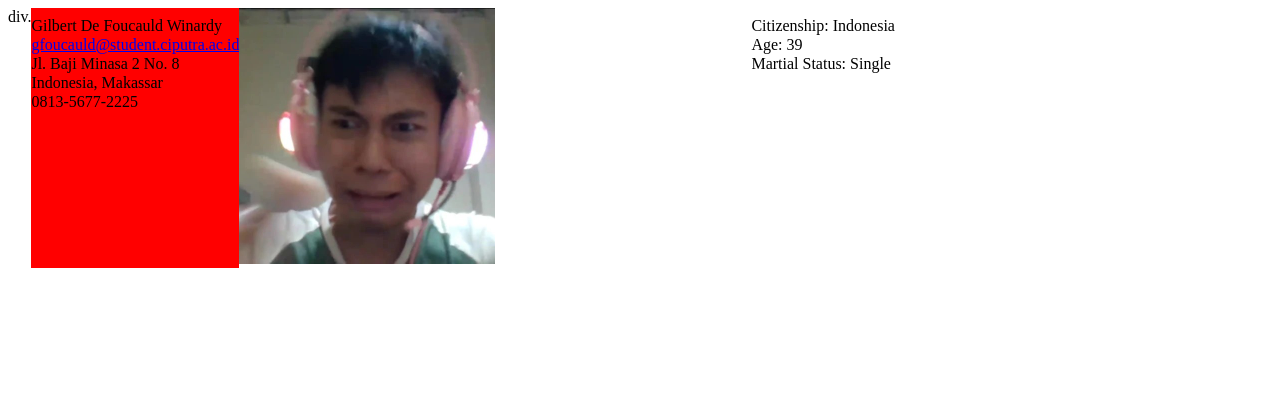
Repository: Gibekkk/WebPro
Page: Tugas Lab 1/index.html
The author's editor kept a copy of each file at every save. The page is drawn from the files as they stood at one save, then again after a run of saves.
The browser window is 1280 px wide. The pictures show the whole page.

Above is the page before, as saved 2024-03-25 12:56:37.

### Tugas Lab 1/index.html
<!DOCTYPE html>
<html lang="en">
<head>
    <meta charset="UTF-8">
    <meta name="viewport" content="width=device-width, initial-scale=1.0">
    <title>Portfolio</title>
    <link rel="stylesheet" href="style.css">
</head>
<body>
    <header>
        div.
        <div class="title">
            <p class="name">Gilbert De Foucauld Winardy</p>
            <a href="gfoucauld@student.ciputra.ac.id">gfoucauld@student.ciputra.ac.id</a>
            <p>Jl. Baji Minasa 2 No. 8</p>
            <p>Indonesia, Makassar</p>
            <p>0813-5677-2225</p>
        </div>
        <div class="picture">
            <img class="profile-pic" src="javin.jpg">
        </div>
        <div class="description">
            <p>Citizenship: Indonesia</p>
            <p>Age: 39</p>
            <p>Martial Status: Single</p>
        </div>
    </header>
</body>
</html>

### Tugas Lab 1/style.css
.title{
    background-color: red;
}
img{
    width: 50%;
}
.description, .title{
    line-height: 3px;
}
header{
    display: flex;
}

After the next 2 saves:
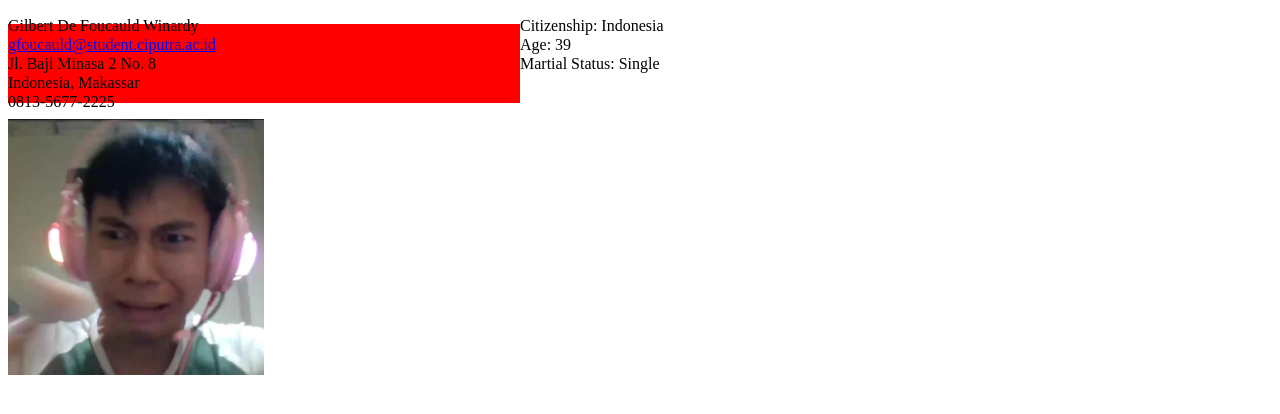
The 2 saves are shown as one change because they came seconds apart.
The last was saved 9 s later.
--- a/Tugas Lab 1/index.html
+++ b/Tugas Lab 1/index.html
@@ -8,7 +8,7 @@
 </head>
 <body>
     <header>
-        div.
+        <div class="top">
         <div class="title">
             <p class="name">Gilbert De Foucauld Winardy</p>
             <a href="gfoucauld@student.ciputra.ac.id">gfoucauld@student.ciputra.ac.id</a>
@@ -19,6 +19,7 @@
         <div class="picture">
             <img class="profile-pic" src="javin.jpg">
         </div>
+        </div>
         <div class="description">
             <p>Citizenship: Indonesia</p>
             <p>Age: 39</p>
